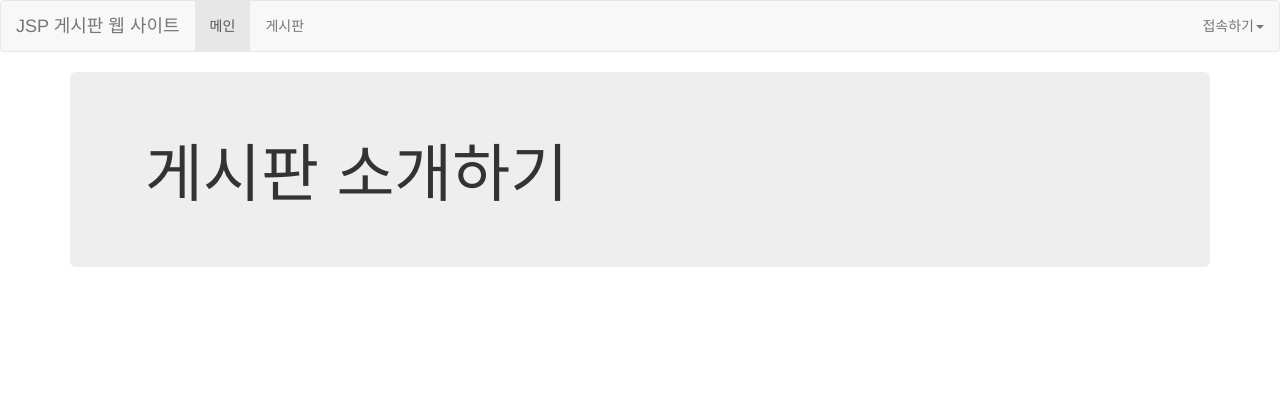
Repository: hanseu9839/BbsJSP
Page: http://localhost/BBS/main.jsp
An editor plug-in stored every save of this project. The page is shown before and after the next save, followed by the edit.
The browser window is 1280 px wide. The pictures show the whole page.
The page is served by Tomcat 9.

Above is the page before, as saved 2021-05-03 06:57:07.

After the next save:
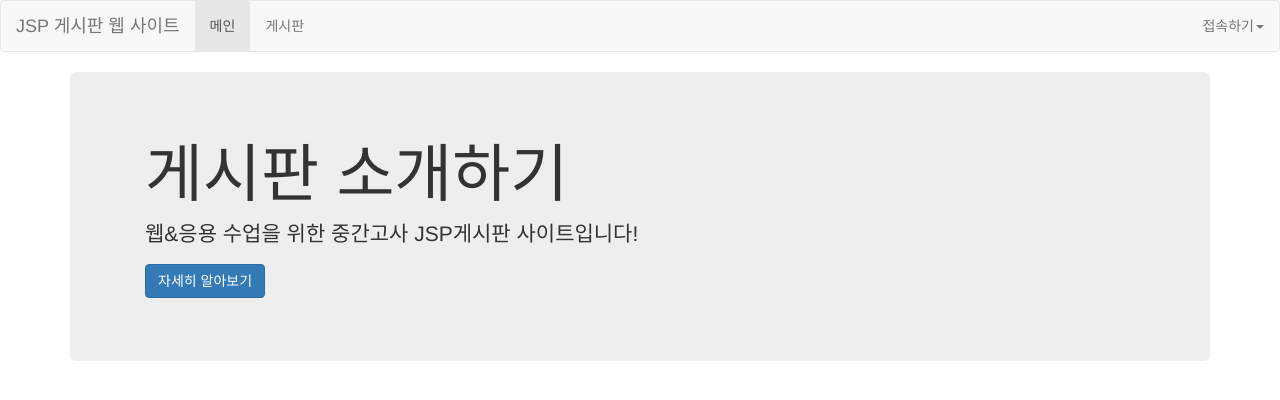
Saved 113 s later.
--- a/BBS/src/main/webapp/main.jsp
+++ b/BBS/src/main/webapp/main.jsp
@@ -72,6 +72,8 @@
    		<div class="jumbotron">
    			<div class="container">
    				<h1>게시판 소개하기</h1>
+   				<p>웹&응용 수업을 위한 중간고사 JSP게시판 사이트입니다!</p>
+   				<p><a class="btn btn-primary btn-pull" href="#" role="button">자세히 알아보기</a></p>
    			</div>
    		</div>
    </div>
